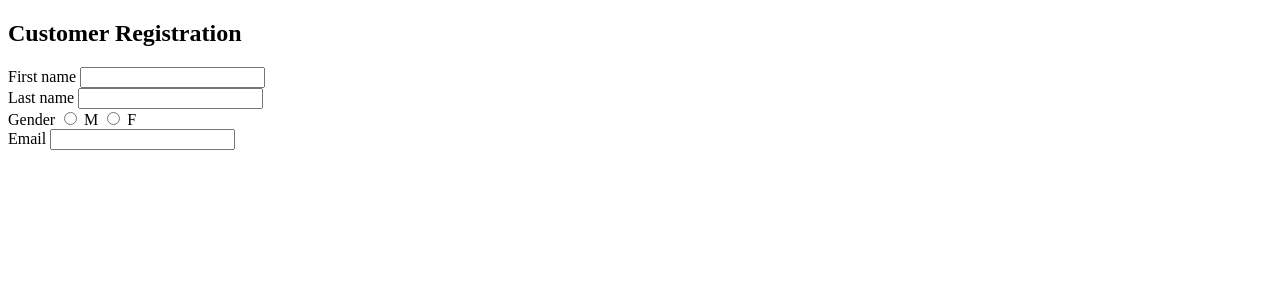
Repository: jbn-aman/wiprobatch1
Page: project/work/html/mywebapp/public/pages/registration.html
These files come from the project's save history. The page is drawn as it stood at one moment and after the next save; the edit follows.
The browser window is 1280 px wide. The pictures show the whole page.

Above is the page before, as saved 2024-03-31 10:39:36.

### project/work/html/mywebapp/public/pages/registration.html
<!DOCTYPE html>
<html>
<head>
<meta charset="ISO-8859-1">
<title>Registration</title>
</head>
<body>

	<h2>Customer Registration</h2>

	<form>
	<div>

	<label>First name</label>
	<input type = "text" value =""/>

	</div>
	<div>

	<label>Last name</label>
	<input type = "text" value =""/>

	</div>


	<div>

	<label>Gender</label>
	<input type = "radio" value ="Male"/> M
	<input type = "radio" value ="Female"/> F
	</div>

	<div>

	<label>Email</label>
	<input type = "email" value =""/>
	</div>
	</form>
</body>
</html>

After the next save:
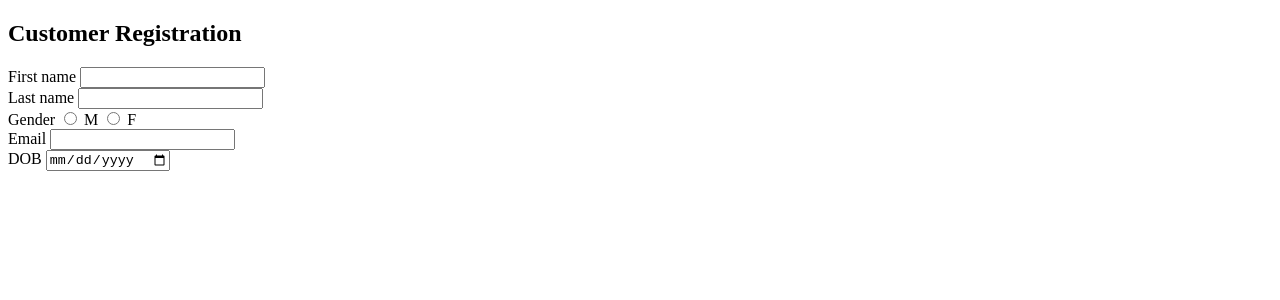
Saved 90 s later.
--- a/project/work/html/mywebapp/public/pages/registration.html
+++ b/project/work/html/mywebapp/public/pages/registration.html
@@ -35,6 +35,12 @@
 	<label>Email</label>
 	<input type = "email" value =""/>
 	</div>
+	<div>
+
+	<label>DOB</label>
+	<input type="date" value=""/>
+	</div>
+
 	</form>
 </body>
 </html>
